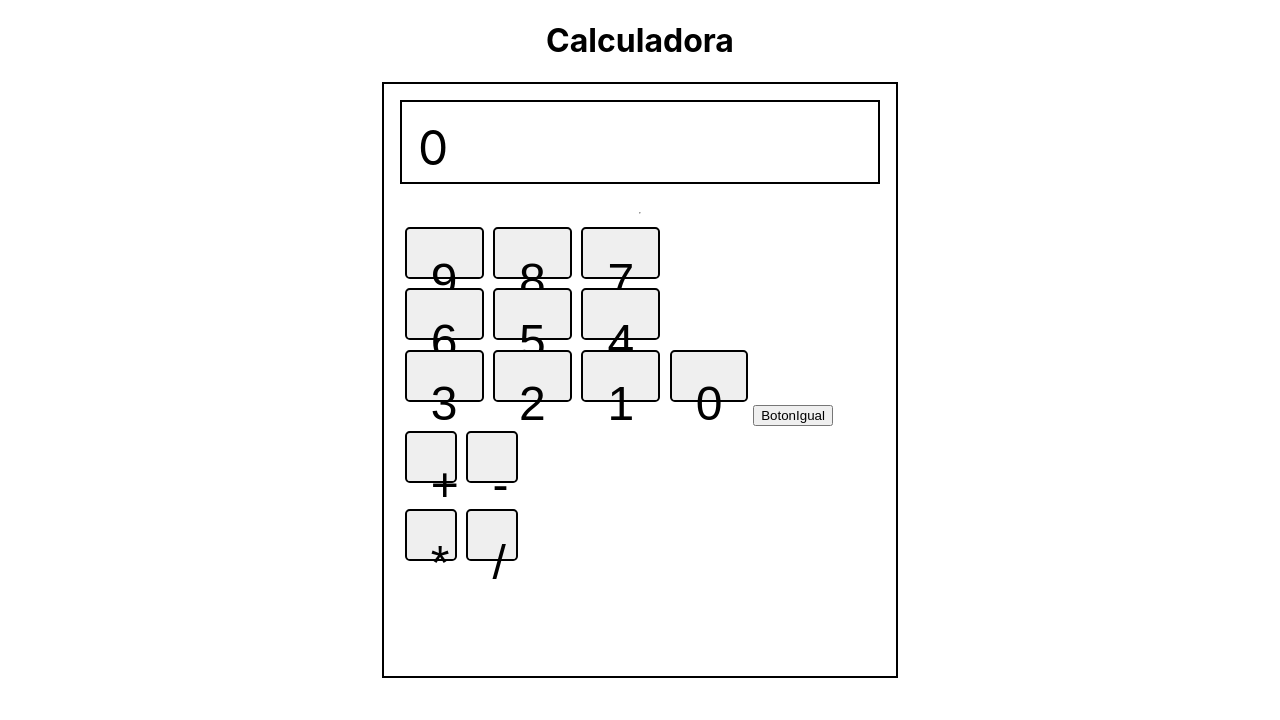
Repository: yamaka/curso-react-febrero-2022
Page: /
An editor plug-in stored every save of this project. The page is shown before and after the next save, followed by the edit.
The browser window is 1280 px wide. The pictures show the whole page.
The project was rebuilt for these pictures with package versions that can differ from the ones it lists, and the page was loaded fresh each time. Also part of the build but not shown: src/App.css, src/components/Zanahoria/Zanahoria.css, src/components/Zanahoria/Zanahoria.js, src/components/Zanahorias/Zanahorias.js, src/components/Lechuga/Lechuga.css, src/components/Lechuga/Lechuga.js, src/components/Calculadora/Calculadora.css, src/components/Calculadora/Calculadora.js and 3 more.

Above is the page before, as saved 2022-03-02 18:10:13.

After the next save:
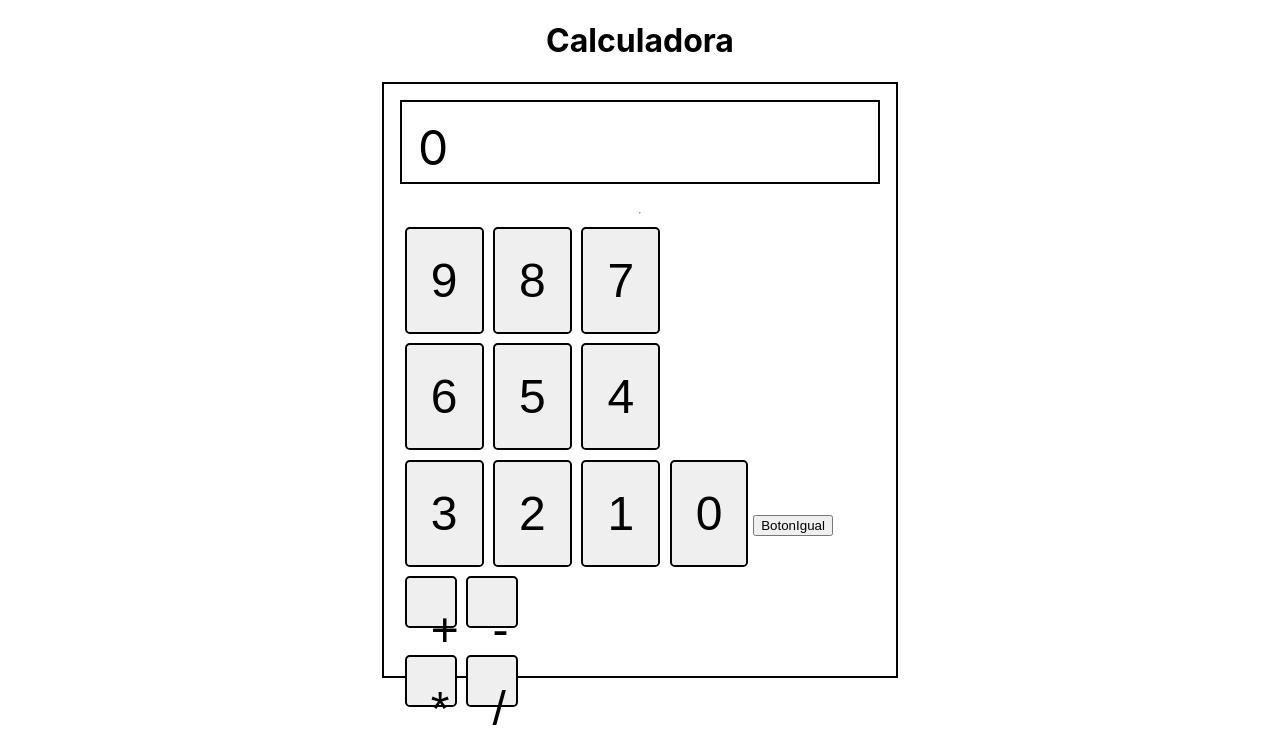
Saved 16 s later.
--- a/src/hooks/components/BotonNumerico/BotonNumerico.css
+++ b/src/hooks/components/BotonNumerico/BotonNumerico.css
@@ -3,6 +3,6 @@
   padding: 1.5rem;
   border-radius: 0.3rem;
   font-size: 3rem;
-  height: 3rem;
+
   margin: 0.3rem;
 }

After the save that followed:
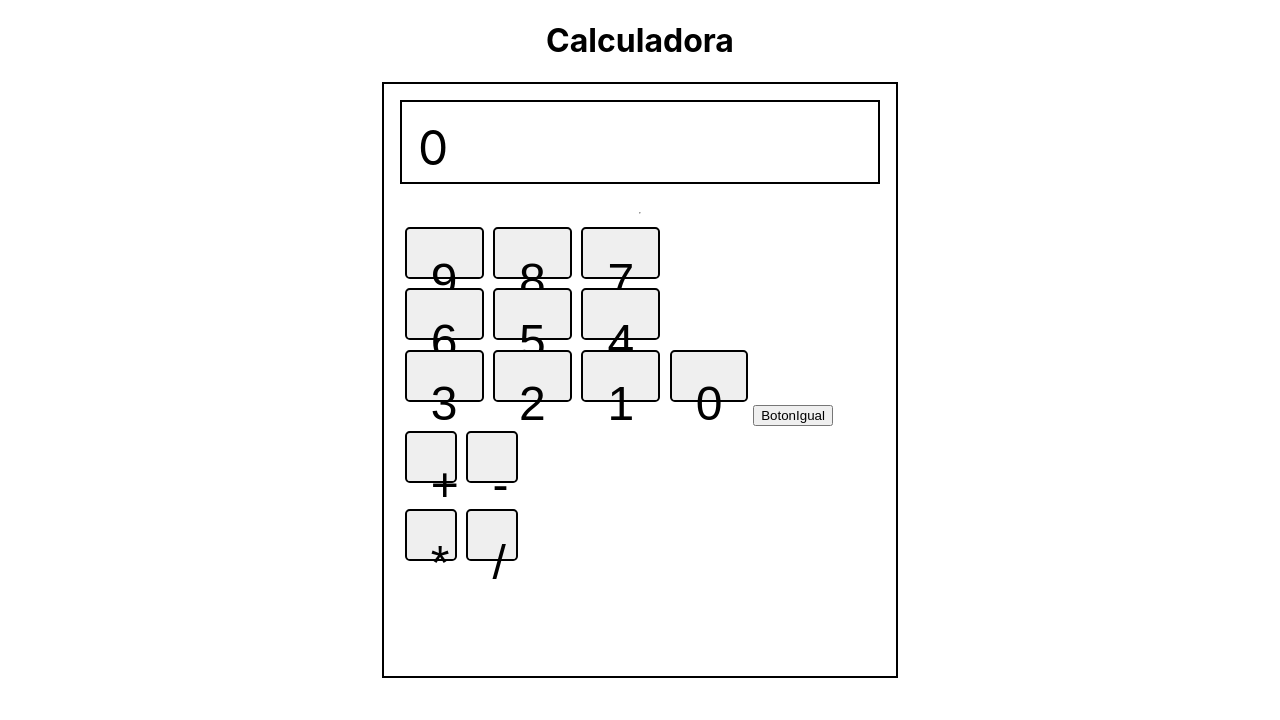
Saved 14 s later.
--- a/src/hooks/components/BotonNumerico/BotonNumerico.css
+++ b/src/hooks/components/BotonNumerico/BotonNumerico.css
@@ -3,6 +3,6 @@
   padding: 1.5rem;
   border-radius: 0.3rem;
   font-size: 3rem;
-
+  height: 3rem;
   margin: 0.3rem;
 }
